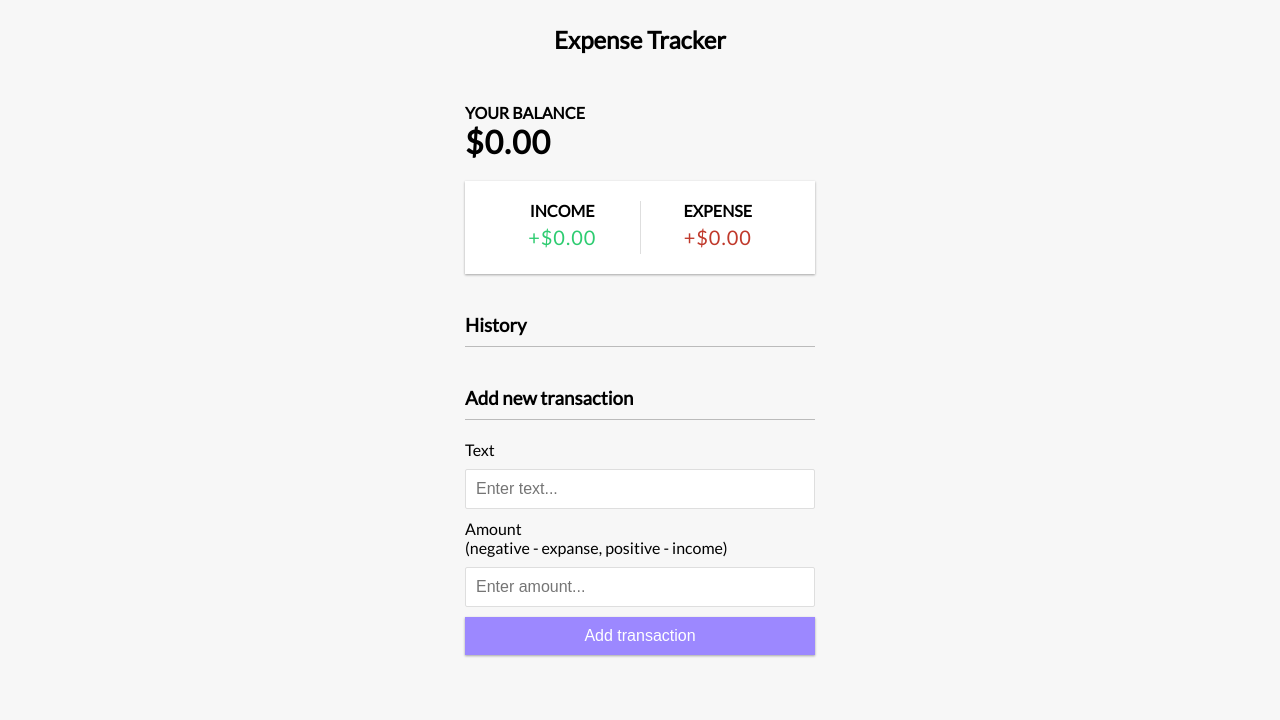
Repository: Youvelop/expenseTracker
Page: index.html
These files come from the project's save history. The page is drawn as it stood at one moment and after a run of saves; the edit follows.
The browser window is 1280 px wide. The pictures show the whole page.

Above is the page before, as saved 2020-06-30 13:26:02.
Console error: ReferenceError: add is not defined

### index.html
<!DOCTYPE html>
<html lang="en">
  <head>
    <meta charset="UTF-8" />
    <meta name="viewport" content="width=device-width, initial-scale=1.0" />
    <link rel="stylesheet" href="style.css" />
    <title>Expense Tracker</title>
  </head>
  <body>
    <h2>Expense Tracker</h2>

    <div class="container">
      <h4>Your Balance</h4>
      <h1 id="balance">$0.00</h1>

      <div class="inc-exp-container">
        <div>
          <h4>Income</h4>
          <p id="money-plus" class="money plus">+$0.00</p>
        </div>
        <div>
          <h4>Expense</h4>
          <p id="money-minus" class="money minus">+$0.00</p>
        </div>
      </div>

      <h3>History</h3>
      <ul id="list" class="list">
        <!-- <li class="minus">
          Cash <span>-$400</span><button class="delete-btn">x</button>
        </li> -->
      </ul>

      <h3>Add new transaction</h3>
      <form id="form">
        <div class="form-control">
          <label for="text">Text</label>
          <input type="text" id="text" placeholder="Enter text..." />
        </div>
        <div class="form-control">
          <label for="amount"
            >Amount <br />
            (negative - expanse, positive - income)</label
          >
          <input type="number" id="amount" placeholder="Enter amount..." />
        </div>
        <button class="btn">Add transaction</button>
      </form>
    </div>
    <script src="script.js"></script>
  </body>
</html>

### style.css
@import url('https://fonts.googleapis.com/css?family=Lato&display=swap');

:root {
  --box-shadow: 0 1px 3px rgba(0, 0, 0, 0.12), 0 1px 2px rgba(0, 0, 0, 0.24);
}

* {
  box-sizing: border-box;
}
body {
  background-color: #f7f7f7;
  display: flex;
  flex-direction: column;
  align-items: center;
  justify-content: center;
  min-height: 100vh;
  margin: 0;
  font-family: 'Lato', sans-serif;
}

.container {
  margin: 30px auto;
  width: 350px;
}

h1 {
  letter-spacing: 1px;
  margin: 0;
}

h3 {
  border-bottom: 1px solid #bbb;
  padding-bottom: 10px;
  margin: 40px 0 10px;
}

h4 {
  margin: 0;
  text-transform: uppercase;
}

.inc-exp-container {
  background-color: #fff;
  box-shadow: var(--box-shadow);
  padding: 20px;
  display: flex;
  justify-content: space-between;
  margin: 20px 0;
}

.inc-exp-container > div {
  flex: 1;
  text-align: center;
}

.inc-exp-container > div:first-of-type {
  border-right: 1px solid #dedede;
}

.money {
  font-size: 20px;
  letter-spacing: 1px;
  margin: 5px 0;
}

.money.plus {
  color: #2ecc71;
}
.money.minus {
  color: #c0392b;
}

label {
  display: inline-block;
  margin: 10px 0;
}

input[type='text'],
input[type='number'] {
  border: 1px solid #dedede;
  border-radius: 2px;
  display: block;
  font-size: 16px;
  padding: 10px;
  width: 100%;
}

.btn {
  cursor: pointer;
  background-color: #9c88ff;
  box-shadow: var(--box-shadow);
  color: #fff;
  border: 0;
  display: block;
  font-size: 16px;
  margin: 10px 0 30px;
  padding: 10px;
  width: 100%;
}
.btn:focus,
.delete-btn:focus {
  outline: 0;
}

.list {
  list-style-type: none;
  padding: 0;
  margin-bottom: 40px;
}

.list li {
  background-color: white;
  box-shadow: var(--box-shadow);
  color: #333;
  display: flex;
  justify-content: space-between;
  position: relative;
  padding: 10px;
  margin: 10px 0;
}

.list li.minus {
  border-right: 5px solid #c0392b;
}
.list li.plus {
  border-right: 5px solid #2ecc71;
}

.delete-btn {
  cursor: pointer;
  background-color: #e74c3c;
  border: 0;
  color: #fff;
  font-size: 20px;
  line-height: 20px;
  padding: 2px 5px;
  position: absolute;
  top: 50%;
  left: 0;
  transform: translate(-100%, -50%);
  opacity: 0;
  transition: opacity 0.3s ease;
}

.list li:hover .delete-btn {
  opacity: 1;
}

### script.js
const balance = document.getElementById('balance');
const money_plus = document.getElementById('money-plus');
const money_minus = document.getElementById('money-minus');
const list = document.getElementById('list');
const form = document.getElementById('form');
const text = document.getElementById('text');
const amount = document.getElementById('amount');

const dummyTransactions = [
  {
    id: 1,
    text: 'Flower',
    amount: -20,
  },
  {
    id: 2,
    text: 'Salary',
    amount: 300,
  },
  {
    id: 3,
    text: 'Book',
    amount: -10,
  },
  {
    id: 4,
    text: 'Flower',
    amount: 150,
  },
];

let transactions = dummyTransactions;

// Add transactions to DOm list
function addTransactionDOM(transaction) {
  // Get sign
  const sign = transaction.amount < 0 ? '-' : '+';

  const item = document.createElement('li');
  // Add class based on value
  item.classList(add(transaction.amount < 0 ? 'minus' : 'plus'));

  item.innerHTML = `
  ${transaction.text} <span>${sign}${Math.abs(
    transaction.amount
  )}</span> <button class="delete-btn">x</button>
  `;

  list.appendChild(item);
}
// Init app
function init() {
  list.innerHTML = '';
  transactions.forEach(addTransactionDOM);
}
init();

After the next 2 saves:
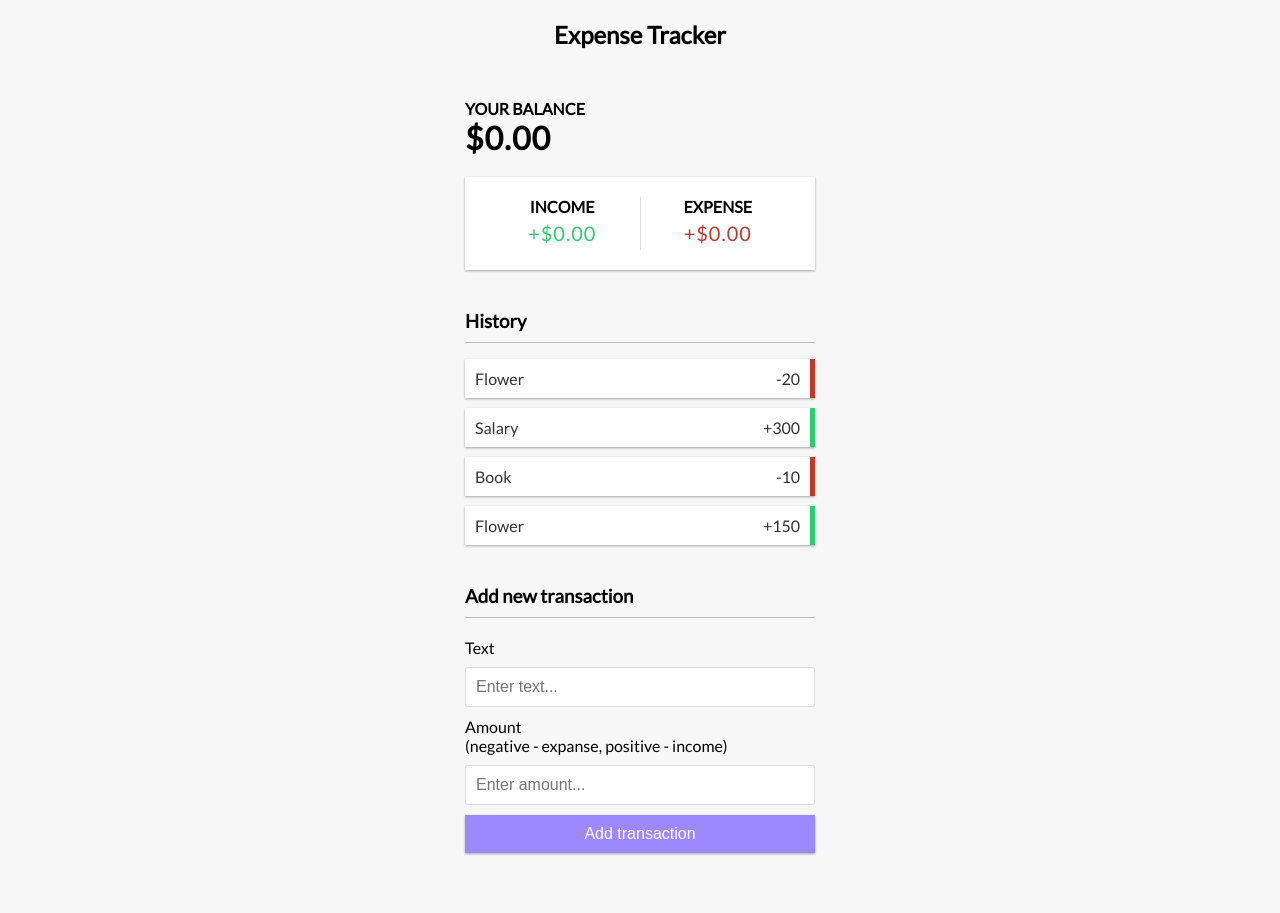
The error is gone.
The 2 saves are shown as one change because they came seconds apart.
The last was saved 82 s later.
--- a/script.js
+++ b/script.js
@@ -38,7 +38,7 @@ function addTransactionDOM(transaction) {
 
   const item = document.createElement('li');
   // Add class based on value
-  item.classList(add(transaction.amount < 0 ? 'minus' : 'plus'));
+  item.classList.add(transaction.amount < 0 ? 'minus' : 'plus');
 
   item.innerHTML = `
   ${transaction.text} <span>${sign}${Math.abs(
@@ -51,6 +51,8 @@ function addTransactionDOM(transaction) {
 // Init app
 function init() {
   list.innerHTML = '';
+
   transactions.forEach(addTransactionDOM);
 }
+
 init();
